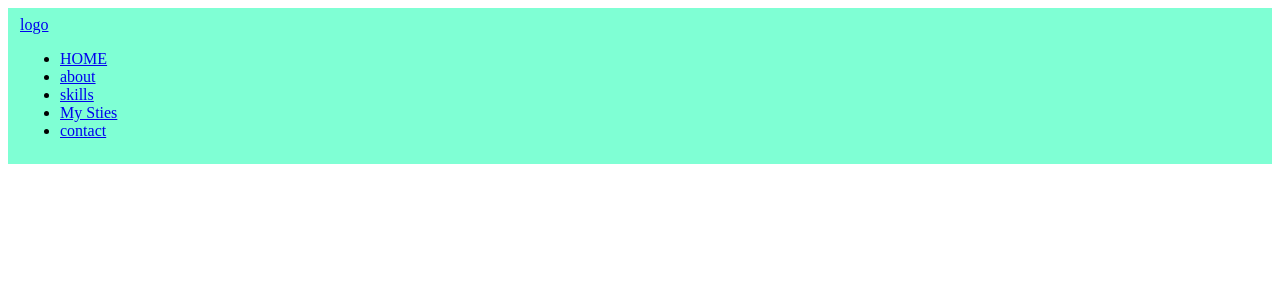
Repository: jun01270/jun
Page: index.html
An editor plug-in stored every save of this project. The page is shown before and after a run of saves, followed by the edit.
The browser window is 1280 px wide. The pictures show the whole page.

Above is the page before, as saved 2023-05-08 16:03:28.

After the next 2 saves:
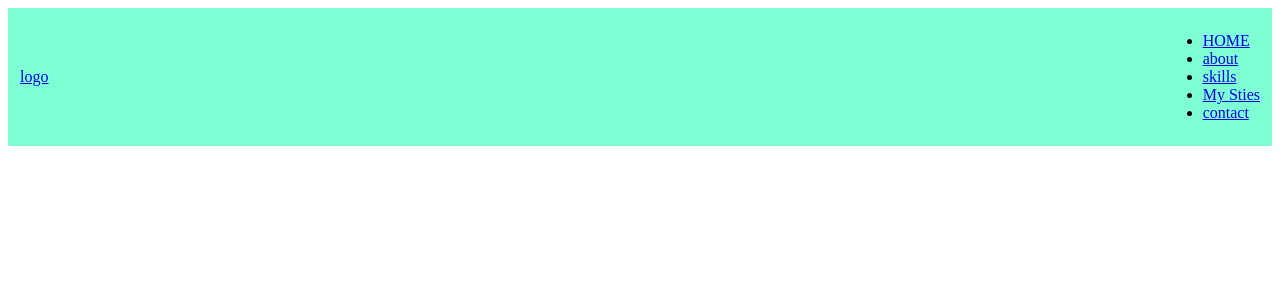
The 2 saves are shown as one change because they came seconds apart.
The last was saved 96 s later.
--- a/index.html
+++ b/index.html
@@ -9,7 +9,6 @@
 </head>
 <body>
     <nav class="navbar">
-        <div class="max-width">
             <div class="logo"><a href="#home">logo</a></div>
             <ul class="menu-bar">
                 <li><a href="#home" class="menu-btn" id="homeID">HOME</a></li>
@@ -18,7 +17,6 @@
                 <li><a href="#my-sites" class="menu-btn">My Sties</a></li>
                 <li><a href="#contact" class="menu-btn">contact</a></li>
             </ul>
-        </div>
     </nav>
 </body>
 </html>
